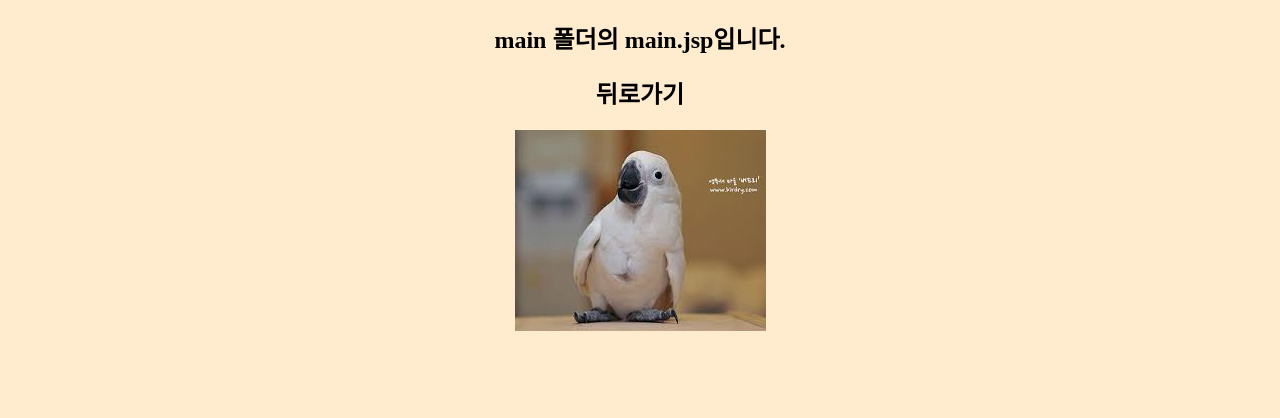
Repository: jim698/Practice
Page: http://localhost/ch08_mvc/main
An editor plug-in stored every save of this project. The page is shown before and after the next save, followed by the edit.
The browser window is 1280 px wide. The pictures show the whole page.
The page is served by Tomcat 9.

Above is the page before, as saved 2020-03-27 06:47:10.

After the next save:
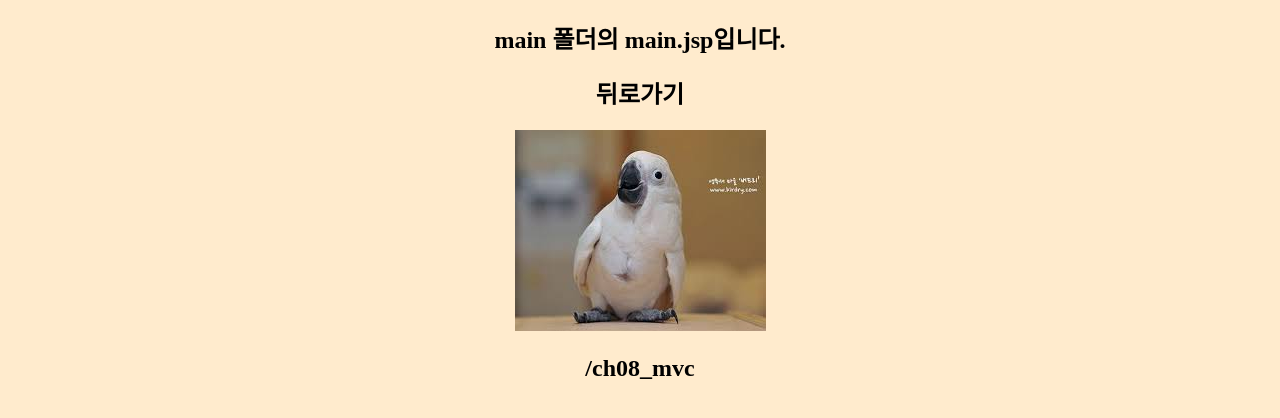
Saved 8 s later.
--- a/ch08_mvc/src/main/webapp/WEB-INF/views/main/main.jsp
+++ b/ch08_mvc/src/main/webapp/WEB-INF/views/main/main.jsp
@@ -13,6 +13,6 @@
 	<h2>main 폴더의 main.jsp입니다.</h2>
 	<h2><span onclick="history.back()">뒤로가기</span></h2>
 	<img src="${conPath }/img/parrot.jpg" alt="앵무새">
-
+	<h2>${conPath }</h2>
 </body>
 </html>
